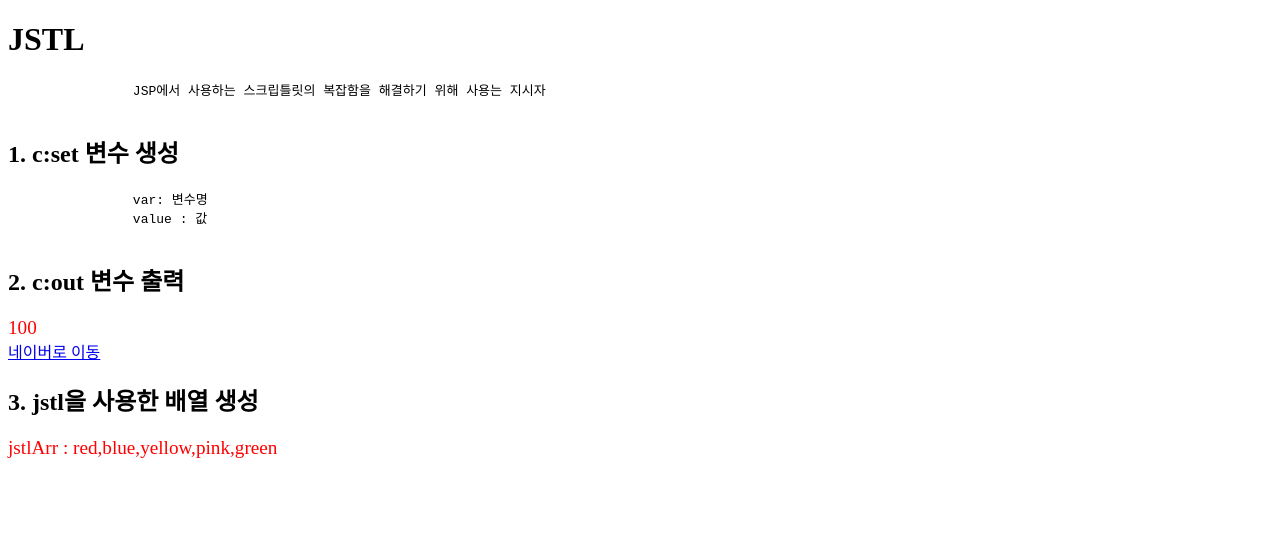
Repository: vaynel/StudyFile
Page: http://localhost/spring04_jsp/jstl
An editor plug-in stored every save of this project. The page is shown before and after the next save, followed by the edit.
The browser window is 1280 px wide. The pictures show the whole page.
The page is served by Tomcat 9. Other server files are loaded and not shown.

Above is the page before, as saved 2023-01-20 02:09:01.

### H_spring/spring04_jsp/WebContent/WEB-INF/views/el-jstl/jstl.jsp
<%@ page language="java" contentType="text/html; charset=UTF-8"
    pageEncoding="UTF-8"%>
<%@ taglib prefix="c" uri="http://java.sun.com/jsp/jstl/core" %>
<!DOCTYPE html>
<html>
<head>
<meta charset="UTF-8">
<title>Insert title here</title>
<style type="text/css">
	span{
		display: block;
		font-size:1.5vw;
		color:red;
	}
</style>
</head>
<body>
<h1>JSTL</h1>
	<pre>
		JSP에서 사용하는 스크립틀릿의 복잡함을 해결하기 위해 사용는 지시자
	</pre>
	<h2>1. c:set 변수 생성</h2>
	<pre>
		var: 변수명
		value : 값
	</pre>
	<c:set var="num1" value="100"></c:set>
	<c:set var="html" value="<a href='https://www.naver.com'>네이버로 이동 </a>"></c:set>

	<h2>2. c:out 변수 출력</h2>
	<span><c:out value="${num1}"></c:out></span>
	${html}

	<h2>3. jstl을 사용한 배열 생성</h2>
	<c:set var="jstlArr">
		red,blue,yellow,pink,green
	</c:set>
	<span>jstlArr : <c:out value="${jstlArr}"></c:out></span>









</body>
</html>

### H_spring/spring04_jsp/ src/com/mc/jsp/C_JSTL.java
package com.mc.jsp;

import java.io.IOException;
import javax.servlet.ServletException;
import javax.servlet.annotation.WebServlet;
import javax.servlet.http.HttpServlet;
import javax.servlet.http.HttpServletRequest;
import javax.servlet.http.HttpServletResponse;

/**
 * Servlet implementation class C_JSTL
 */
@WebServlet("/jstl")
public class C_JSTL extends HttpServlet {
	private static final long serialVersionUID = 1L;

    /**
     * @see HttpServlet#HttpServlet()
     */
    public C_JSTL() {
        super();
        // TODO Auto-generated constructor stub
    }

	/**
	 * @see HttpServlet#doGet(HttpServletRequest request, HttpServletResponse response)
	 */
	protected void doGet(HttpServletRequest request, HttpServletResponse response) throws ServletException, IOException {
		// TODO Auto-generated method stub
		request.getRequestDispatcher("/WEB-INF/views/el-jstl/jstl.jsp").forward(request, response);
	}

	/**
	 * @see HttpServlet#doPost(HttpServletRequest request, HttpServletResponse response)
	 */
	protected void doPost(HttpServletRequest request, HttpServletResponse response) throws ServletException, IOException {
		// TODO Auto-generated method stub
		doGet(request, response);
	}

}

After the next save:
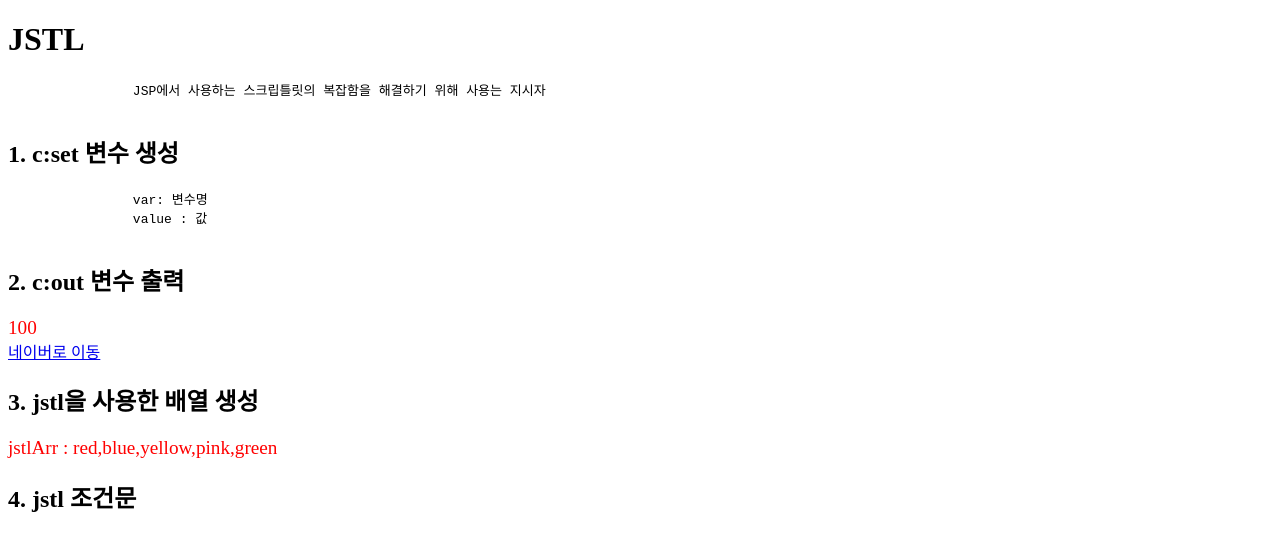
Saved 22 s later.
--- a/H_spring/spring04_jsp/WebContent/WEB-INF/views/el-jstl/jstl.jsp
+++ b/H_spring/spring04_jsp/WebContent/WEB-INF/views/el-jstl/jstl.jsp
@@ -37,6 +37,8 @@
 	</c:set>
 	<span>jstlArr : <c:out value="${jstlArr}"></c:out></span>
 
+	<h2>4. jstl 조건문</h2>
+
 
 
 
